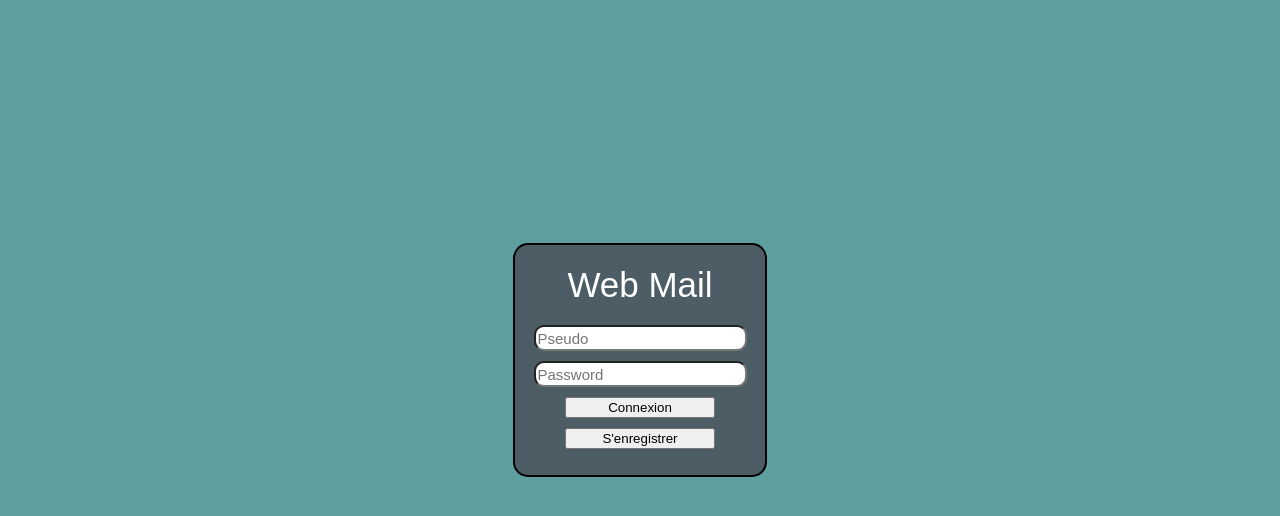
Repository: N1portekoi/JEE
Page: http://localhost/WebMail/Connexion
These files come from the project's save history. The page is drawn as it stood at one moment and after the next save; the edit follows.
The browser window is 1280 px wide. The pictures show the whole page.
The page is served by Tomcat 9. Other server files are loaded and not shown.

Above is the page before, as saved 2017-01-12 17:10:52.

### WebMail/WebContent/JSP/Connexion.jsp
<!DOCTYPE html>
<html>
<head>
<meta charset="utf-8">
<title>Web Mail - Connexion</title>
<link type="text/css" rel="stylesheet" href="CSS/Connexion.css" />
</head>
<body>
	<div id="main">
		<p>Web Mail</p>
		<form method="POST" action="Connexion">
			<input id="pseudo"     type="text"     name="pseudo"    placeholder="Pseudo"   maxlength="15">
			<input id="password"   type="password" name= "password" placeholder="Password" maxlength="15">
            <input type="submit"   value="Connexion" /><br />
		</form>
		<form method="GET" action="Enregistrement">
			<input type="submit"   value="S'enregistrer"/>
		</form>
	</div>
	<div id="message">
		${message}
	</div>
</body>
</html>

### WebMail/src/be/condorcet/servlets/ControleurConnexion.java
package be.condorcet.servlets;

import java.io.IOException;
import javax.servlet.ServletException;
import javax.servlet.annotation.WebServlet;
import javax.servlet.http.HttpServlet;
import javax.servlet.http.HttpServletRequest;
import javax.servlet.http.HttpServletResponse;
import javax.servlet.http.HttpSession;

import be.condorcet.beans.Utilisateur;
import be.condorcet.metiers.MetierConnexion;

@WebServlet("/Connexion")
public class ControleurConnexion extends HttpServlet {
	private static final long serialVersionUID = 1L;

    public ControleurConnexion() {
        super();
    }

    @Override
	protected void doGet(HttpServletRequest request, HttpServletResponse response) throws ServletException, IOException {
    	// Suppression de la session si existante
    	HttpSession session = request.getSession();
    	session.invalidate();
    	// Simple affichage de la page connexion
		getServletContext().getRequestDispatcher("/JSP/Connexion.jsp").forward( request, response );
	}

    @Override
	protected void doPost(HttpServletRequest request, HttpServletResponse response) throws ServletException, IOException {
    	String pseudo = request.getParameter("pseudo").trim();
		String password = request.getParameter("password").trim();
		MetierConnexion connexion = new MetierConnexion(pseudo, password);
		Utilisateur utilisateur = connexion.connexion();
		if(utilisateur != null) {
			HttpSession session = request.getSession();
			session.setAttribute("utilisateur", utilisateur);
			getServletContext().getRequestDispatcher("/Adresses").forward(request, response);
		}
		else {
			request.setAttribute("message", connexion.getMessage());
			getServletContext().getRequestDispatcher("/JSP/Connexion.jsp").forward( request, response );
		}
	}
}

### WebMail/WebContent/CSS/Connexion.css
body
{
	background-color : #5F9F9F;
	font-family: Arial;
}

#main
{
	border : black 2px solid;
	background-color : #4c5d65;
	height : 230px;
	width : 250px;
	margin-left: auto;
	margin-right: auto;
	margin-top: 50vh;
  	transform: translateY(-50%);
  	border-radius : 15px;
}

#message
{
	display: inline-block;
	background-color : #000000;
	color : #ffffff;
	text-align : center;
	position : absolute;
	top : 50px;
	left : 50px;
}

p
{
	text-align : center;
	font-size : 35px;
	margin-top : 20px;
	margin-bottom : 20px;
	color : #ffffff;
}

form
{
	text-align : center;
}

input
{
	margin-bottom : 10px;
}

input[type="text"], input[type="password"]
{
	border-radius : 10px;
	width : 205px;
	height : 20px;
	font-size : 15px;
}

input[type="submit"]
{
	width : 150px;
}

td
{
	width : 150px;
}

After the next save:
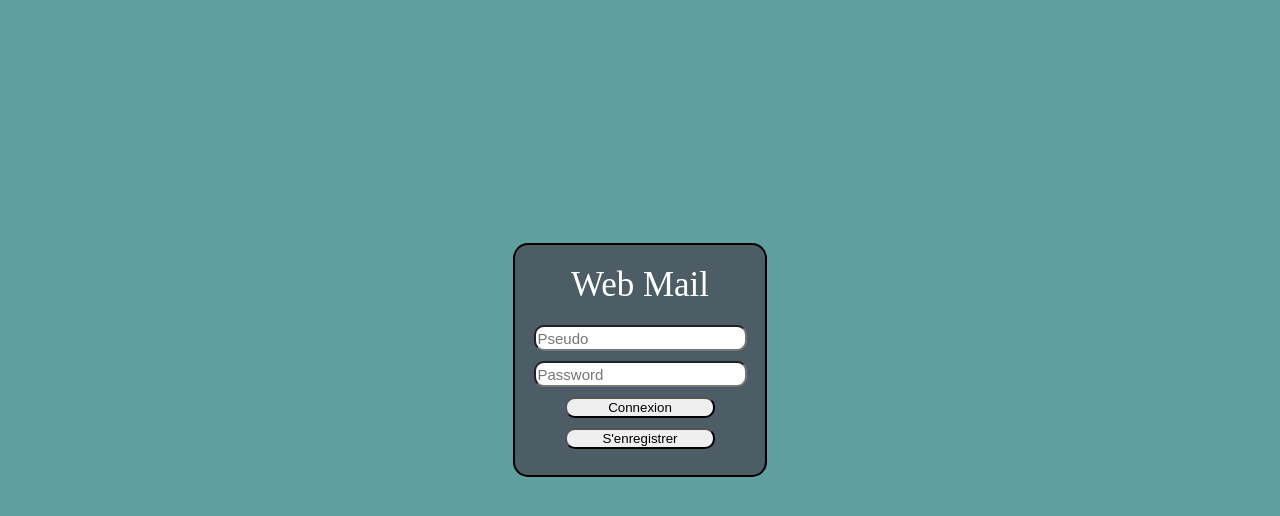
Saved 49 s later.
--- a/WebMail/WebContent/CSS/Connexion.css
+++ b/WebMail/WebContent/CSS/Connexion.css
@@ -1,7 +1,6 @@
 body
 {
 	background-color : #5F9F9F;
-	font-family: Arial;
 }
 
 #main
@@ -44,6 +43,7 @@ form
 
 input
 {
+	border-radius : 10px;
 	margin-bottom : 10px;
 }
 
